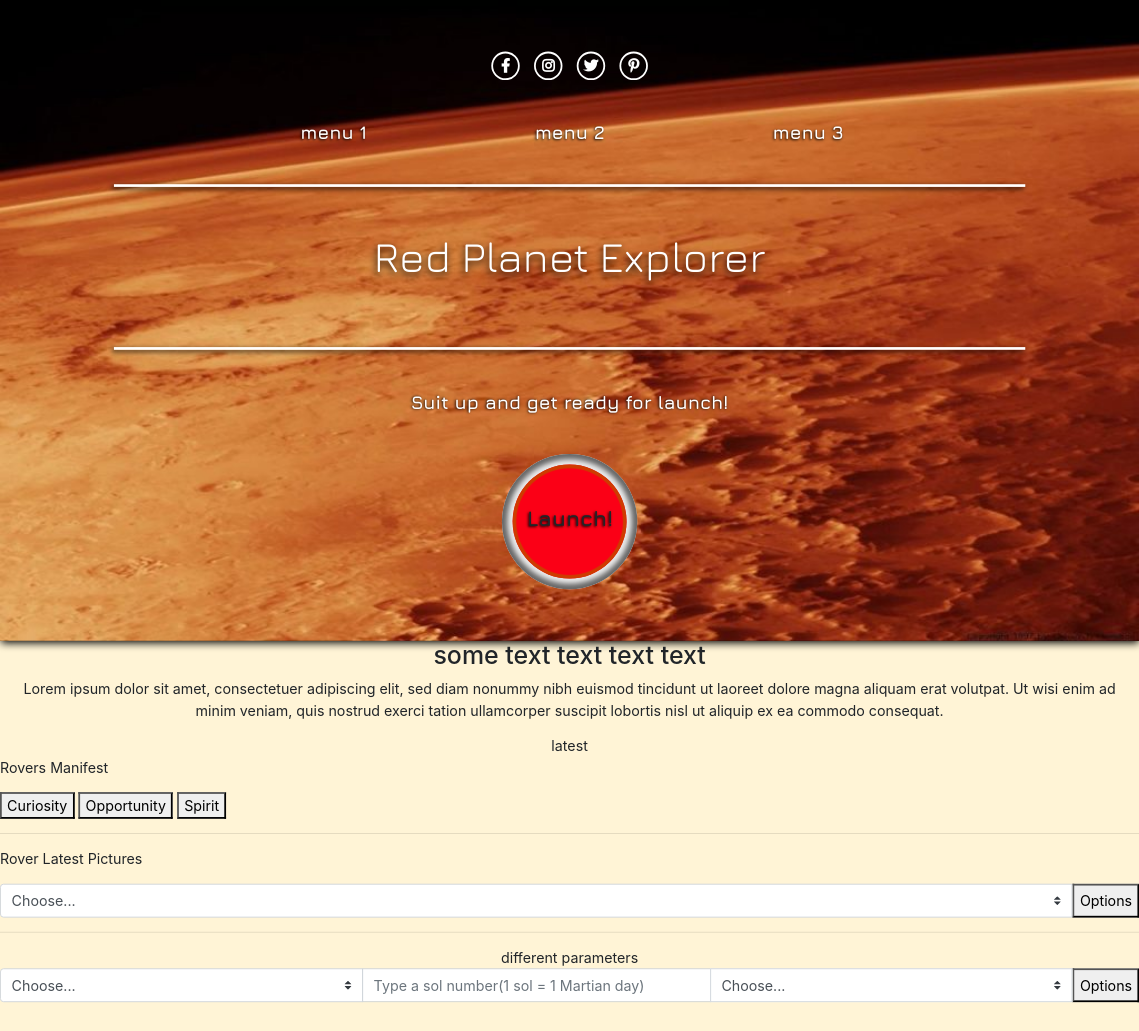
Repository: romqrq/Red-Planet-Explorer
Page: index.html
The author's editor kept a record of every edit. The page is drawn from the files as they stood at one moment, then again after the next edit.
The browser window is 1280 px wide. The pictures show the whole page, at 89% of full size.
The first visible `.btn.launch-button` is being pressed.
Some web fonts or font styles are not loaded; a fallback is used. Some web libraries are served in a nearby version.

Above is the page before.

### index.html
<!DOCTYPE html>
<html lang="en">

<head>
    <meta charset="UTF-8">
    <meta name="viewport" content="width=device-width, initial-scale=1.0">
    <meta http-equiv="X-UA-Compatible" content="ie=edge">
    <title>Red Weather</title>
    <link rel="stylesheet" href="https://cdnjs.cloudflare.com/ajax/libs/font-awesome/5.10.2/css/all.min.css" type="text/css" />
    <link rel="stylesheet" href="https://stackpath.bootstrapcdn.com/bootstrap/4.3.1/css/bootstrap.min.css" crossorigin="anonymous">
    <link rel="stylesheet" href="https://cdnjs.cloudflare.com/ajax/libs/hover.css/2.3.1/css/hover-min.css" type="text/css" />
    <link rel="stylesheet" href="assets/css/style.css" type="text/css" />


    <script src="https://code.jquery.com/jquery-3.4.1.js" crossorigin="anonymous"></script>
    <script type="text/javascript" src="assets/js/jquery.js"></script>
    <script type="text/javascript" src="assets/js/main.js"></script>
    <!--<script type="text/javascript" src="assets/js/main2.js"></script>-->
    <!--<script type="text/javascript" src="assets/js/main3.js"></script>-->

</head>

<body>
    <header>
        <div class="container-fluid main-screen-container">
            <!--<img class="header-bg" src="assets/images/mars-athmosphere.jpg"></img>-->
            <div class="row social-row">
                <div class="col-12 social-col">
                    <i class="fab fa-facebook-f round-border text-shadow"></i>
                    <i class="fab fa-instagram round-border"></i>
                    <i class="fab fa-twitter round-border"></i>
                    <i class="fab fa-pinterest-p round-border"></i>
                </div>
            </div>
            <div class="row" role="navigation">
                <a class="col-4 text-right main-text-light text-shadow" href="#">menu 1</a>
                <a class="col-4 text-center main-text-light text-shadow" href="#">menu 2</a>
                <a class="col-4 text-left main-text-light text-shadow" href="#">menu 3</a>
            </div>
            <hr class="hr-divider">
            <div class="row">
                <div class="col-12 text-center">
                    <p class="main-title title-shadow">Red Planet Explorer</p>
                </div>
            </div>
            <hr class="hr-divider">
            <div class="row">
                <div class="col-12">
                    <p class="main-text-light text-center text-shadow">Suit up and get ready for launch!</p>
                </div>
            </div>
            <div class="launch-button-div">
                <div class="launch-button-border">
                    <button class="btn launch-button text-shadow" data-toggle="button">Launch!</button>
                </div>
            </div>
            <!--<div class="row">-->
            <!--    <div class=navbar>-->
            <!--        <ul class="navbar-nav">-->
            <!--            <li class="nav-item">-->
            <!--                <a href="#" class="nav-link">menu button 1</a>-->
            <!--            </li>-->
            <!--            <li class="nav-item">-->
            <!--                <a href="#" class="nav-link">menu button 2</a>-->
            <!--            </li>-->
            <!--            <li class="nav-item">-->
            <!--                <a href="#" class="nav-link">menu button 3</a>-->
            <!--            </li>-->
            <!--        </ul>-->
            <!--    </div>-->
            <!--</div>-->
        </div>
        <!--<nav class="navbar navbar-expand-md navbar-dark bg-blue">-->
        <!-- Brand -->
        <!--    <a class="brand-text" href="#"><span class="NE-text">RW</span> | Red Weather</a>-->

        <!-- Toggler/collapsibe Button -->
        <!--    <button class="navbar-toggler" type="button" data-toggle="collapse" data-target="#collapsibleNavbar">-->
        <!--        <span class="navbar-toggler-icon"></span>-->
        <!--    </button>-->

        <!-- Navbar links -->
        <!--    <div class="collapse navbar-collapse" id="collapsibleNavbar">-->
        <!--        <ul class="navbar-nav">-->
        <!--            <li class="nav-item">-->
        <!--                <a class="nav-link" href="#">Link</a>-->
        <!--            </li>-->
        <!--            <li class="nav-item">-->
        <!--                <a class="nav-link" href="#">Link</a>-->
        <!--            </li>-->
        <!--            <li class="nav-item">-->
        <!--                <a class="nav-link" href="#">Link</a>-->
        <!--            </li>-->
        <!--        </ul>-->
        <!--    </div>-->
        <!--</nav>-->
    </header>
    <section class="callout">
        <div class="container-fluid text-center align-middle">
            <div>
                <h3>some text text text text</h3>
                <p>Lorem ipsum dolor sit amet, consectetuer adipiscing elit, sed diam nonummy nibh euismod tincidunt ut laoreet dolore magna aliquam erat volutpat. Ut wisi enim ad minim veniam, quis nostrud exerci tation ullamcorper suscipit lobortis nisl
                    ut aliquip ex ea commodo consequat.</pp>
                    <div>latest</div>
                    <!--<div class="row">-->
                    <!--    <div class="col-4">-->
                    <!--        <button class="btn btn-warning latest-button" id="buttonCuriosity" onclick="writeLatestToDocument('curiosity')" value="curiosity">Curiosity</button>-->
                    <!--    </div>-->
                    <!--    <div class="col-4">-->
                    <!--        <button class="btn btn-warning latest-button" id="buttonSpirit" onclick="writeLatestToDocument()" value="spirit">Spirit</button>-->
                    <!--    </div>-->
                    <!--    <div class="col-4">-->
                    <!--        <button class="btn btn-warning latest-button" id="buttonOpportunity" onclick="writeLatestToDocument()" value="opportunity">Opportunity</button>-->
                    <!--    </div>-->
                    <!--</div>-->
            </div>
    </section>
    <p>Rovers Manifest</p>
    <button onclick="writeManifestToDocument('curiosity')">Curiosity</button>
    <button onclick="writeManifestToDocument('opportunity')">Opportunity</button>
    <button onclick="writeManifestToDocument('spirit')">Spirit</button>
    <div id="dataManifest"></div>
    <hr>
    <p>Rover Latest Pictures</p>
    <div class="input-group mb-3">
        <select class="custom-select" id="inputLatestRoverPhoto">
            <option selected>Choose...</option>
            <option value="curiosity">Curiosity</option>
            <option value="spirit">Spirit</option>
            <option value="opportunity">Opportunity</option>
        </select>
        <button onclick="writeLatestToDocument()">Options</button>
    </div>
    <hr>
    <div class=text-center>different parameters</div>
    <div class="input-group mb-3">
        <div class="input-group mb-3">
            <select class="custom-select" id="inputRoverName">
            <option selected>Choose...</option>
            <option value="curiosity">Curiosity</option>
            <option value="spirit">Spirit</option>
            <option value="opportunity">Opportunity</option>
        </select>
            <input type="text" class="form-control" id="solTextInput" placeholder="Type a sol number(1 sol = 1 Martian day)">
            <!--    <select class="custom-select" id="inputSolNumber">-->
            <!--  <option selected>Choose...</option>-->
            <!--  <option value="500">500</option>-->
            <!--  <option value="1000">1000</option>-->
            <!--  <option value="1500">1500</option>-->
            <!--</select>-->
            <select class="custom-select" id="inputCamName">
          <option selected>Choose...</option>
          <option value="fhaz">FHAZ</option>
          <option value="rhaz">RHAZ</option>
          <option value="mast">Mast</option>
        </select>
            <button onclick="writeParamsToDocument()">Options</button>
        </div>


        <div id="data"></div>
        <div id="data2"></div>
        <footer>

        </footer>
        <script src="https://code.jquery.com/jquery-3.3.1.slim.min.js" integrity="sha384-q8i/X+965DzO0rT7abK41JStQIAqVgRVzpbzo5smXKp4YfRvH+8abtTE1Pi6jizo" crossorigin="anonymous"></script>
        <script src="https://cdnjs.cloudflare.com/ajax/libs/popper.js/1.14.7/umd/popper.min.js" integrity="sha384-UO2eT0CpHqdSJQ6hJty5KVphtPhzWj9WO1clHTMGa3JDZwrnQq4sF86dIHNDz0W1" crossorigin="anonymous"></script>
        <script src="https://stackpath.bootstrapcdn.com/bootstrap/4.3.1/js/bootstrap.min.js" integrity="sha384-JjSmVgyd0p3pXB1rRibZUAYoIIy6OrQ6VrjIEaFf/nJGzIxFDsf4x0xIM+B07jRM" crossorigin="anonymous"></script>

</body>

</html>

### assets/css/style.css
/*General*/

@import url('https://fonts.googleapis.com/css?family=Revalia|Roboto:400,500|Jura:300,400,500,700&display=swap');


body {
    background-color: #ffd86845;
}

a {
    text-decoration: none;
    color: inherit;

}

/* Header */

.title-shadow {
    text-shadow: -1px 3px 8px #000000;
}

.text-shadow {
    text-shadow: -1px 1px 3px #000000;
}

.no-side-padding {
    padding-left: 0;
    padding-right: 0;
}

.main-screen-container {
    height: 100vh;
    max-width: 100vw;
    padding: 1rem;
    background-image: url("../images/mars-athmosphere.jpg");
    background-position: center;
    background-repeat: no-repeat;
    background-size: cover;
    background-color: black;
    display: flex;
    flex-direction: column;
    justify-content: space-evenly;
    box-shadow: 1px 4px 9px 0px black;
}

.social-row {
    padding: 1rem;
}

.social-col {
    flex-direction: row;
    display: flex;
    justify-content: center;
}

.round-border {
    border-radius: 50%;
    height: 2rem;
    border: 2px solid white;
    width: 2rem;
    justify-content: center;
    display: flex;
    line-height: 1.8rem;
    color: white;
    margin: 0 0.5rem;
    font-weight: 900;
}

.main-text-light {
    color: white;
    font-family: "Jura", "Revalia";
    font-weight: 600;
    font-size: 1.3rem;
}

.main-title {
    font-family: "Revalia", "Jura";
    font-size: 3rem;
    color: white;
    padding: 0 0 0.5rem;
}

.hr-divider {
    border-top: 3px solid rgb(255, 255, 255);
    width: 80vw;
    box-shadow: -2px 2px 6px 0px black;
}

.launch-button-div {
    margin-bottom: 1rem;
}

.launch-button-border {
    height: 9.5rem;
    width: 9.5rem;
    background-color: #eaeaea;
    padding: 0.75rem;
    border-radius: 50%;
    box-shadow: inset 0px 0px 6px 6px #676767;
    margin: auto;
}

.launch-button {
    background-color: #d40101;
    color: white;
    border: 0px solid white;
    font-size: 1.5rem;
    font-family: "Jura", "Revalia";
    font-weight: 700;
    /*text-shadow: 0px 0px 5px #ffffffcf;*/
    padding: 0.5rem 1rem 1rem;
    height: 8rem;
    width: 8rem;
    border-radius: 50%;
    box-shadow: inset 3px -4px 20px 7px #842600;
    animation-name: launchButtonAnimation;
    animation-duration: 2s;
    animation-delay: .3s;
    animation-timing-function: linear;
    animation-iteration-count: infinite;
    animation-direction: alternate;
}

/*.btn.launch-button:hover {*/
/*    color: white;*/
/*}*/

.btn.launch-button:focus {
    background-color: #ff0018;
    box-shadow: inset 0px 0px 1px 4px #ce3c00;
}

.btn.launch-button:active {
    background-color: #ff0018;
    box-shadow: inset 0px 0px 1px 4px #ce3c00;
}



/* Launch button bg change */

@keyframes launchButtonAnimation {
    from {
        background-color: #d40101;
    }
    to {
        background-color: #ff0018;
    }
}

### assets/js/jquery.js
$(document).ready(function(value) {
    var roverName = this.value;
});

### assets/js/main.js
// var roverName = "curiosity";
// var solNumber = ""; //"&sol=1000";
// var camName = "&camera=FHAZ";
// var pageNumber = ""; //"&page=1"
// var earthDate = "earth_date=2015-6-3"


//WORKS xhr.open("GET", "https://api.nasa.gov/insight_weather/?api_key=unJZiQapXhyZamSl37P8FEh7Zlssi7xmaIF4l95b&feedtype=json&ver=1.0");
//WORKS xhr.open("GET", "https://api.nasa.gov/mars-photos/api/v1/rovers/curiosity/latest_photos?api_key=unJZiQapXhyZamSl37P8FEh7Zlssi7xmaIF4l95b&feedtype=json&ver=1.0");
//WORKS xhr.open("GET", "https://api.nasa.gov/mars-photos/api/v1/manifests/curiosity?api_key=unJZiQapXhyZamSl37P8FEh7Zlssi7xmaIF4l95b&feedtype=json&ver=1.0");




// //Pick latest photo by rover name
// function getLatest(cb) {
// 	// roverName = function() {
// 	// 	if (document.getElementById("buttonCuriosity") == true) {
// 	// 		var e = document.getElementById("buttonCuriosity");
// 	// 		return e.options[e.selectedIndex].value;
// 	// 	}
// 	// }
// 	$('.latest-button').on('click', function() {
// 		var e = document.getElementById(this.id);
// 		roverName = e.options[e.selectedIndex].value;
// 	});
// 	console.log(roverName);
// 	// var e = document.getElementById("buttonCuriosity");
// 	// var roverName = e.options[e.selectedIndex].value;
// 	var xhr = new XMLHttpRequest();
// 	xhr.onreadystatechange = function() {
// 		if (this.readyState == 4 && this.status == 200) {
// 			// document.getElementById("data").innerHTML = JSON.parse(this.responseText);
// 			console.log(JSON.parse(this.responseText));
// 			cb(JSON.parse(this.responseText));
// 		}
// 	};
// 	xhr.open("GET", "https://api.nasa.gov/mars-photos/api/v1/rovers/" + roverName + "/latest_photos?api_key=unJZiQapXhyZamSl37P8FEh7Zlssi7xmaIF4l95b&feedtype=json&ver=1.0");
// 	xhr.send();

// }

// function writeLatestToDocument() {
// 	var el = document.getElementById("data");
// 	el.innerHTML = "";

// 	getLatest(function(data) {
// 		data = data.latest_photos;

// 		data.forEach(function(item) {
// 			el.innerHTML += `<img src=${item.img_src} height=150 width=150>`;
// 		});
// 	});
// }





// function getLatest(cb) {
// 	var xhr = new XMLHttpRequest();

// 	xhr.onreadystatechange = function() {
// 		if (this.readyState == 4 && this.status == 200) {
// 			// document.getElementById("data").innerHTML = JSON.parse(this.responseText);
// 			console.log(JSON.parse(this.responseText));
// 			cb(JSON.parse(this.responseText));
// 		}
// 	};

// 	xhr.open("GET", "https://api.nasa.gov/mars-photos/api/v1/rovers/curiosity/latest_photos?api_key=unJZiQapXhyZamSl37P8FEh7Zlssi7xmaIF4l95b&feedtype=json&ver=1.0");
// 	xhr.send();
// }

// function writeToDocument() {
// 	var el = document.getElementById("data");
// 	el.innerHTML = "";

// 	getLatest(function(data) {
// 		data = data.latest_photos;

// 		data.forEach(function(item) {
// 			el.innerHTML += `<img src=${item.img_src} height=150 width=150>`;
// 		});
// 	});
// }
var xhr = new XMLHttpRequest();
var roverName = ""; //"curiosity";
var solNumber = ""; //"&sol=1000";
var camName = ""; //"&camera=FHAZ";
var pageNumber = ""; //"&page=1"
var earthDate = ""; //"earth_date=2015-6-3"

function getManifest(roverNameManifest, cbManifest) {
    console.log(roverNameManifest);

    var xhr = new XMLHttpRequest();

    xhr.onreadystatechange = function() {
        if (this.readyState == 4 && this.status == 200) {
            // document.getElementById("data").innerHTML = JSON.parse(this.responseText);
            console.log(JSON.parse(this.responseText));
            cbManifest(JSON.parse(this.responseText));
        }
    };
    xhr.open("GET", "https://api.nasa.gov/mars-photos/api/v1/manifests/" + roverNameManifest + "?api_key=unJZiQapXhyZamSl37P8FEh7Zlssi7xmaIF4l95b&feedtype=json&ver=1.0");
    xhr.send();
}

function writeManifestToDocument(roverNameManifest) {
    var el = document.getElementById("dataManifest");
    el.innerHTML = "";

    getManifest(roverNameManifest, function(data) {
        data = data.photo_manifest;

        let item;
        for (item in data) {
            if (item != "photos") {
                let itemString = item.replace(/_/g, " ");
                let itemStringCapitalized = itemString.charAt(0).toUpperCase() + itemString.slice(1);
                console.log(itemStringCapitalized);
                    el.innerHTML += `<p>${itemStringCapitalized}: ${data[item]}</p>`;
            }
        }
    });
}

function getParamsData(cb) {
	var rvn = document.getElementById("inputRoverName");
	var roverName = rvn.options[rvn.selectedIndex].value;

	var snb = document.getElementById("solTextInput");
    var solNumber = `&sol=${snb.value}`;
	// var snb = document.getElementById("inputSolNumber");
	// var solNumber = `&sol=${snb.options[snb.selectedIndex].value}`;

	var cmn = document.getElementById("inputCamName");
	var camName = `&camera=${cmn.options[cmn.selectedIndex].value}`;

	// var pgn = document.getElementById("inputPageNumber");
	// var pageNumber = `&page=${pgn.options[pgn.selectedIndex].value}`;

	// var ead = document.getElementById("inputEarthDate");
	// var earthDate = `earth_date=${ead.options[ead.selectedIndex].value}`;

	var xhr = new XMLHttpRequest();
	xhr.onreadystatechange = function() {
		if (this.readyState == 4 && this.status == 200) {
			// document.getElementById("data").innerHTML = JSON.parse(this.responseText);
			console.log(JSON.parse(this.responseText));
			cb(JSON.parse(this.responseText));
		}
	};
	xhr.open("GET", `https://api.nasa.gov/mars-photos/api/v1/rovers/${roverName}/photos?${earthDate}${solNumber}${camName}${pageNumber}&api_key=unJZiQapXhyZamSl37P8FEh7Zlssi7xmaIF4l95b`);
	xhr.send();

}

function writeParamsToDocument() {
	var el = document.getElementById("data2");
	el.innerHTML = "";

	getParamsData(function(data) {
		data = data.photos;

		data.forEach(function(item) {
			// for (item in data) {
			el.innerHTML += `<img src=${item.img_src} height=150 width=150>`;
		});
	});
}


function getLatest(cbLatest) {
    var roverLatest = document.getElementById("inputLatestRoverPhoto");
    var roverNameLatest = `${roverLatest.options[roverLatest.selectedIndex].value}`;
    // var rvrnm = document.getElementsByclass("nameRoverButton").id;
    // console.log(rvrnm);
    // var roverNameLatest = rvrnm.value;
    var xhr = new XMLHttpRequest();

    xhr.onreadystatechange = function() {
        if (this.readyState == 4 && this.status == 200) {
            // document.getElementById("data").innerHTML = JSON.parse(this.responseText);
            console.log(JSON.parse(this.responseText));
            cbLatest(JSON.parse(this.responseText));
        }
    };
    xhr.open("GET", `https://api.nasa.gov/mars-photos/api/v1/rovers/${roverNameLatest}/latest_photos?api_key=unJZiQapXhyZamSl37P8FEh7Zlssi7xmaIF4l95b&feedtype=json&ver=1.0`);
    xhr.send();
}

function writeLatestToDocument() {
    var el = document.getElementById("data");
    el.innerHTML = "";

    getLatest(function(data) {
        data = data.latest_photos;

        data.forEach(function(item) {
            el.innerHTML += `<img src=${item.img_src} height=150 width=150>`;
        });
    });
}

After the next edit:
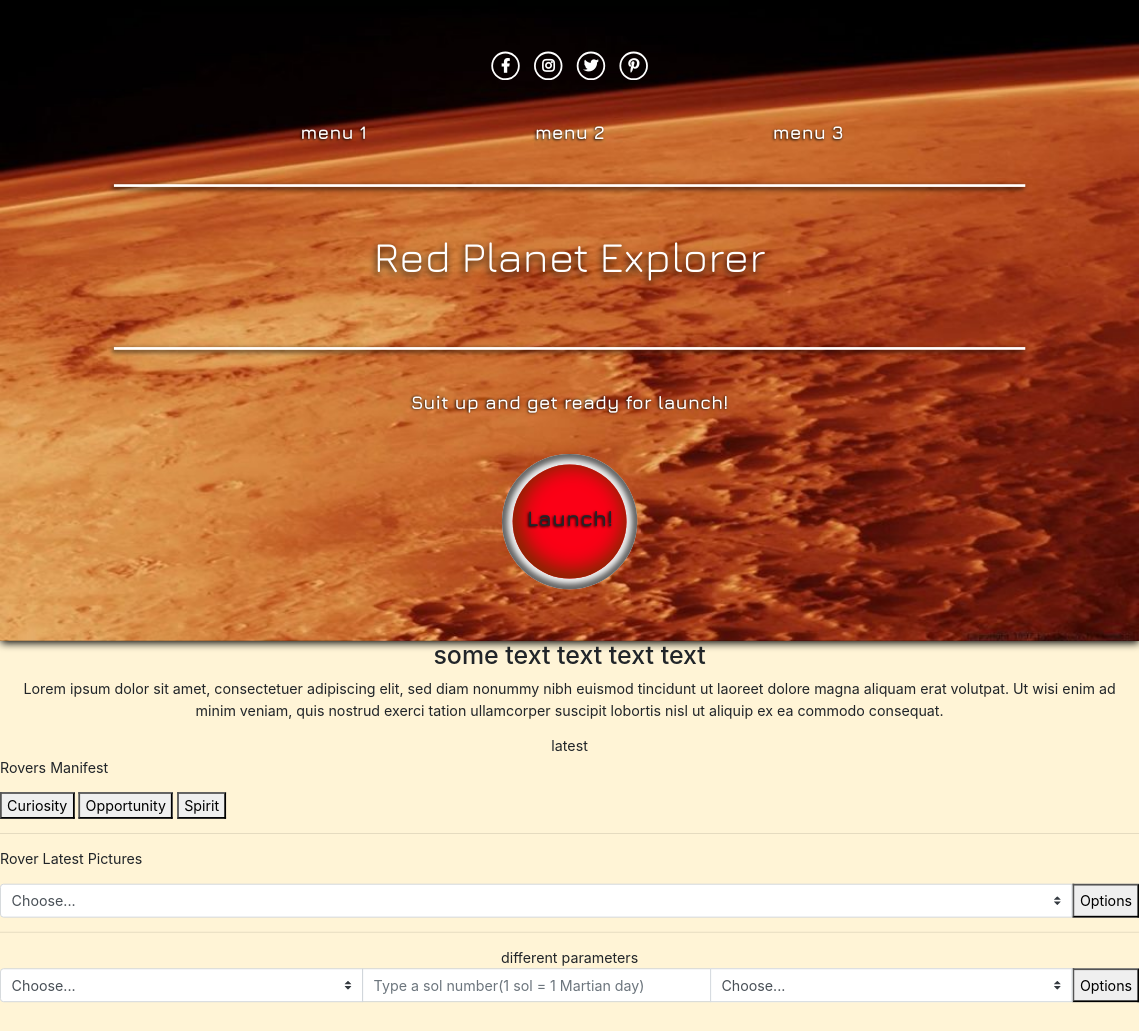
The edit:
--- a/assets/css/style.css
+++ b/assets/css/style.css
@@ -131,8 +131,8 @@
 }
 
 .btn.launch-button:active {
-    background-color: #ff0018;
-    box-shadow: inset 0px 0px 1px 4px #ce3c00;
+    background-color: #d40101;
+    box-shadow: inset 3px -4px 20px 7px #842600;
 }
 
 
